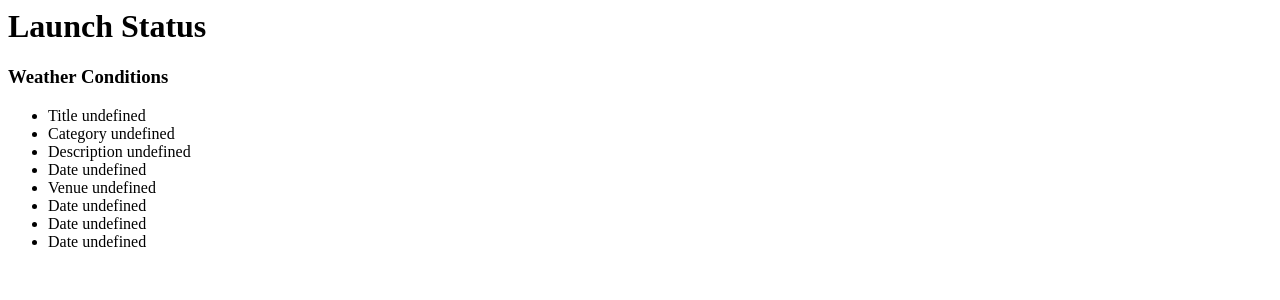
Repository: JohnRudolph1/Events-JSON
Page: index.html
The author's editor kept a copy of each file at every save. The page is drawn from the files as they stood at one save, then again after a run of saves.
The browser window is 1280 px wide. The pictures show the whole page.

Above is the page before, as saved 2022-01-10 09:18:15.

### index.html
<html>
   <head>
      <title>Launch Status</title>
      <script>
         window.addEventListener("load", function() {
            fetch("json.js").then( function(response) {
               response.json().then( function(json) {
                  const div = document.getElementById("weather-conditions");
                  // Add HTML that includes the JSON data
                  div.innerHTML = `
                     <ul>
                        <li>Title ${json.title}</li>
                        <li>Category ${json.category}</li>
                        <li>Description ${json.description}</li>
                        <li>Date ${json.start}</li>
                        <li>Venue ${json.venue_name}</li>
                        <li>Date ${json.start}</li>
                        <li>Date ${json.start}</li>
                        <li>Date ${json.start}</li>
                     </ul>
                  `;
               });
            });
         });
      </script>
   </head>
   <body>
      <h1>Launch Status</h1>
      <h3>Weather Conditions</h3>
      <div id="weather-conditions">
         <!-- Weather data is added here dynamically. -->
      </div>
   </body>
</html>

Loaded but not shown: json.js (1073 lines, source omitted)

After the next 2 saves:
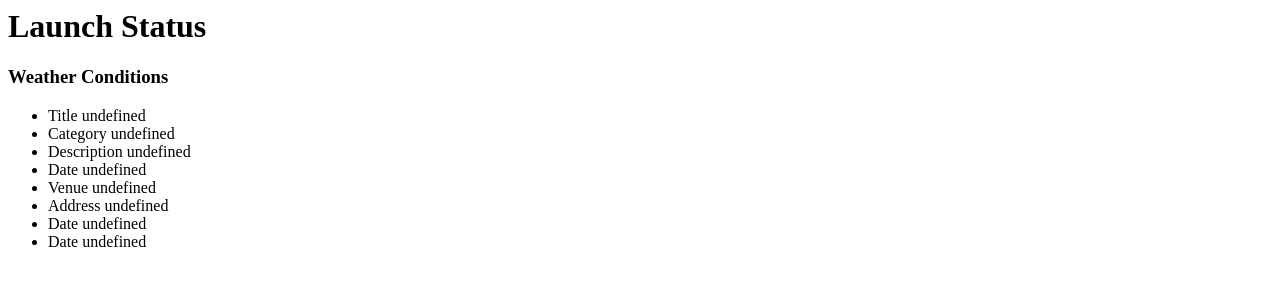
The 2 saves are shown as one change because they came seconds apart.
The last was saved 11 s later.
--- a/index.html
+++ b/index.html
@@ -14,7 +14,7 @@
                         <li>Description ${json.description}</li>
                         <li>Date ${json.start}</li>
                         <li>Venue ${json.venue_name}</li>
-                        <li>Date ${json.start}</li>
+                        <li>Address ${json.venue_formatted_address}</li>
                         <li>Date ${json.start}</li>
                         <li>Date ${json.start}</li>
                      </ul>
